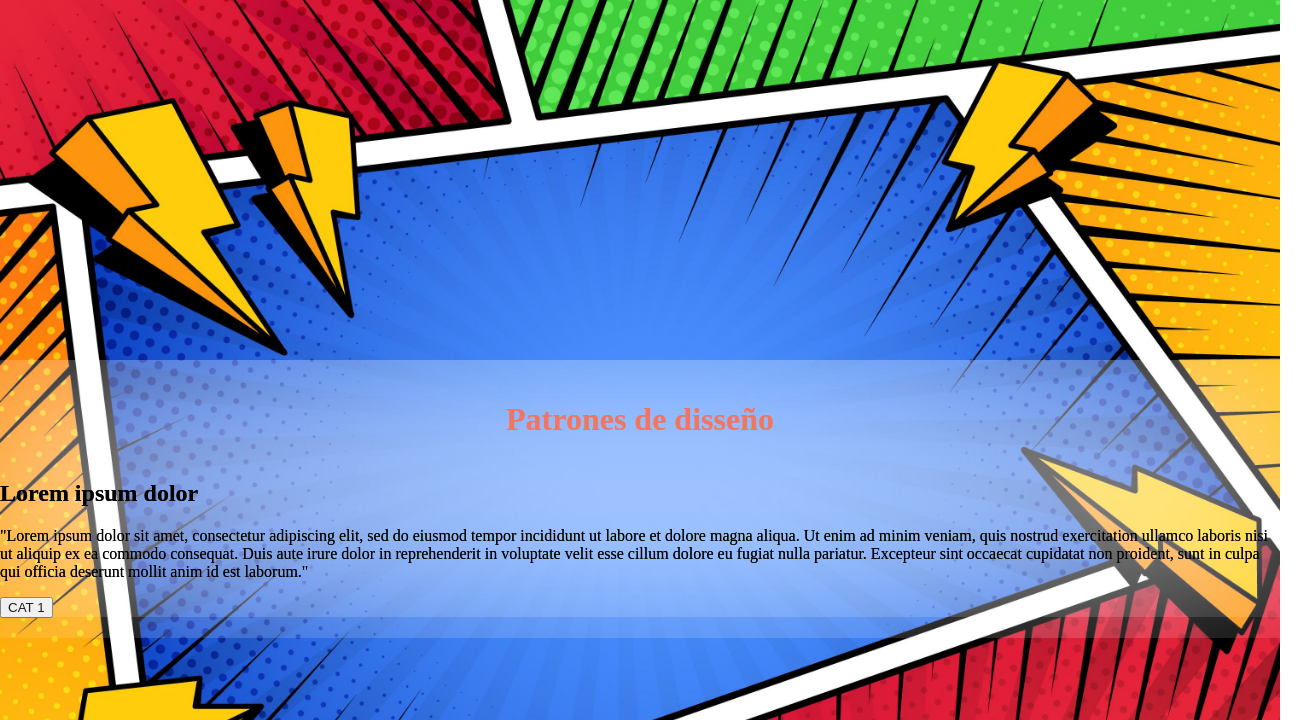
Repository: nrsWebs/design-pattern-es
Page: index.html
An editor plug-in stored every save of this project. The page is shown before and after the next save, followed by the edit.
The browser window is 1280 px wide. The page is 1300 px wide, so the pictures cover 1300 px, including what lies to the right of the window. The pictures show the whole page.

Above is the page before, as saved 2021-02-06 19:20:21.

After the next save:
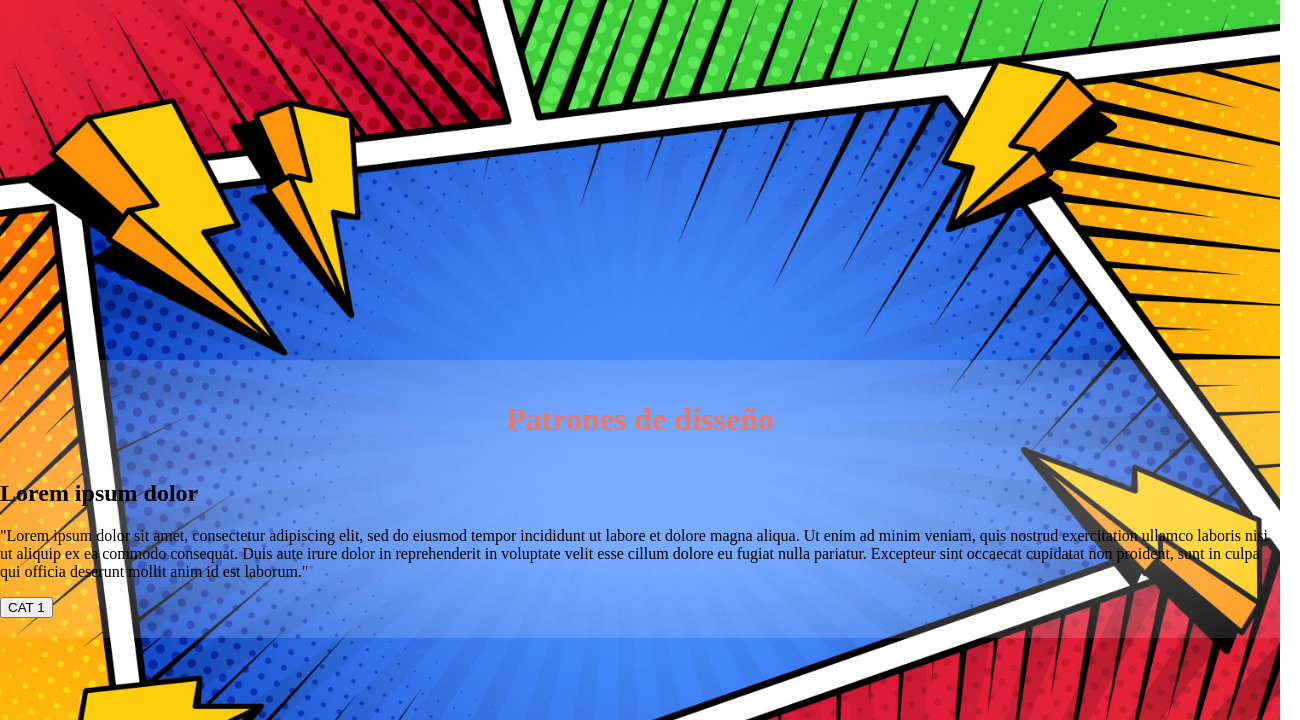
Saved 83 s later.
--- a/source/main.css
+++ b/source/main.css
@@ -2,7 +2,7 @@
     --main: #000;
     --secondary:  #E94F37;
 }
-.hidden-container{
+body .hidden-container{
     display: none;;
 }
 body {
